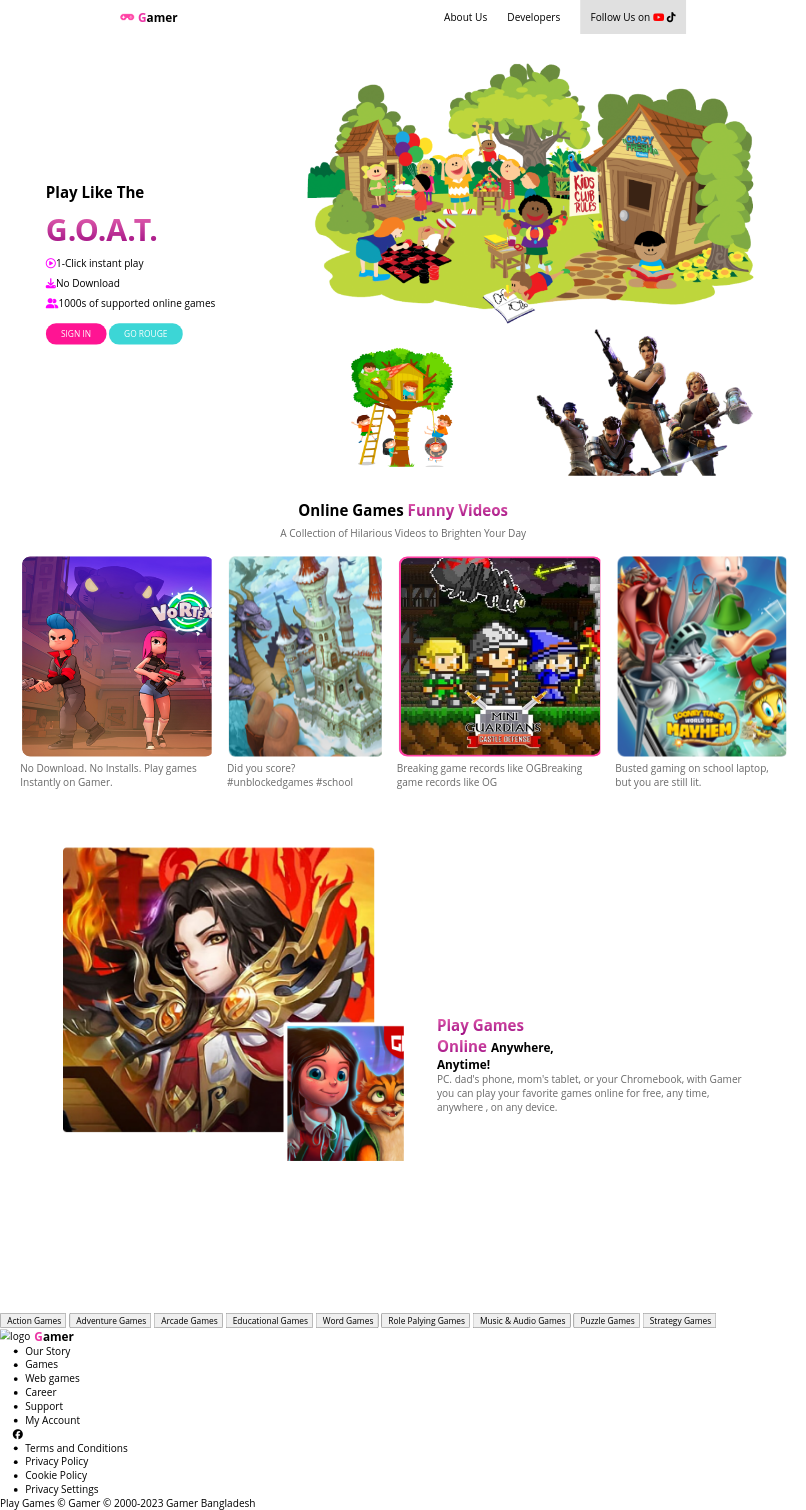
Repository: sadiaafsana138/Gamer-Zone
Page: index.html
The author's editor kept a copy of each file at every save. The page is drawn from the files as they stood at one save, then again after the next save.
The browser window is 1280 px wide. The pictures show the whole page, at 63% of full size.
Some web libraries are served in a nearby version.

Above is the page before, as saved 2023-09-06 19:01:34.

### index.html
<!DOCTYPE html>
<html lang="en">

<head>
    <meta charset="UTF-8">
    <meta name="viewport" content="width=device-width, initial-scale=1.0">
    <title>GAMER ZONE</title>
    <link rel="stylesheet" href="styles.css">
    <script src="https://kit.fontawesome.com/3977f5ac21.js" crossorigin="anonymous"></script>
</head>

<body>
    <header>
        <section Class="Section-1">
            <nav class="nav">
                <div class="menupart1">
                    <img src="images/1.png" alt="logo" height="10px" weight="10px">
                    <h3><span class="pink-Color">G</span>amer</h3>
                </div>
                <div class="menupart2">
                    <ul class="menupart2">
                        <li>About Us</li>
                        <li>Developers</li>
                        <div id="ash">
                            <li>Follow Us on
                                <i class="fa-brands fa-youtube" style="color: #ff0000;"></i>
                                <i class="fa-brands fa-tiktok"></i>
                            </li>
                        </div>
                    </ul>
                </div>
            </nav>
        </section>
    </header>
    <main>
        <section Class="Section-2">
            <Div>
                <h2>
                    Play Like The
                </h2>
                <h1 class="grad">
                    G.O.A.T.
                </h1>
                <Div class="Sec2list">
                    <i class="fa-regular fa-circle-play" style="color: #ff00ff;"></i>
                    <p>
                        1-Click instant play
                    </p>
                </Div>
                <Div class="Sec2list">
                    <i class="fa-sharp fa-solid fa-download" style="color: #ff00ff;"></i>
                    <p>
                        No Download
                    </p>
                </Div>
                <Div class="Sec2list">
                    <i class="fa-solid fa-user-group" style="color: #ff00ff;"></i>
                    <p>
                        1000s of supported online games
                    </p>
                </Div>
                <button class="btn-primary" id="btn-primary1">
                    SIGN IN
                </button>
                <button class="btn-primary" id="btn-primary2">
                    GO ROUGE
                </button>
            </Div>
            <Div id="sec2image">
                <img src="images/2.png" alt="">
            </Div>
        </section>
        <section Class="Section-3">
            <div>
                <h2 class="sec3head">
                    Online Games
                    <span class="grad" id="sec3head">
                        Funny Videos
                    </span>
                </h2>
                <p class="ashtext sec3head">
                    A Collection of Hilarious Videos to Brighten Your Day
                </p>
            </div>
            <div class="sec3image">
                <div class="sec3imagediv">
                    <img class="image" src="images/4.png" alt="">
                    <div class="overlay">
                        <div class="play-button">&#9654;</div>
                        <div class="watch-now-text">Watch Now</div>
                    </div>
                    <p class="ashtext">No Download. No Installs. Play games Instantly on Gamer.</p>
                </div>
                <div class="sec3imagediv">
                    <img class="image" src="images/5.png" alt="">
                    <div class="overlay">
                        <div class="play-button">&#9654;</div>
                        <div class="watch-now-text">Watch Now</div>
                    </div>
                    <p class="ashtext">Did you score? #unblockedgames #school</p>
                </div>
                <div class="sec3imagediv">
                    <img class="image" src="images/6.png" alt="">
                    <div class="overlay">
                        <div class="play-button">&#9654;</div>
                        <div class="watch-now-text">Watch Now</div>
                    </div>
                    <p class="ashtext">Breaking game records like OGBreaking game records like OG</p>
                </div>
                <div class="sec3imagediv">
                    <img class="image" src="images/7.png" alt="">
                    <div class="overlay">
                        <div class="play-button">&#9654;</div>
                        <div class="watch-now-text">Watch Now</div>
                    </div>
                    <p class="ashtext">Busted gaming on school laptop, but you are still lit.</p>
                </div>
            </div>
        </section>
        <section Class="Section-4">
            <Div class="sec4imageddiv">

                    <img src="images/8.png" alt="" id="section4image1">
                    <img src="images/9.png" alt=""  id="section4image2">

            </Div>
            <Div class="sec4Text">
                <h3>
                    <span class="grad" id="sec4head">Play Games
                        <br>
                        Online
                    </span>
                    Anywhere,
                    <br>
                    Anytime!
                </h3>
                <p class="ashtext">
                    PC. dad's phone, mom's tablet, or your Chromebook, with Gamer you can play your favorite games online for free, any time, anywhere , on any device.
                </p>
            </Div>

        </section>
        <section Class="Section-5">
            <div>
                <button>
                    <img src="" alt="">
                    Action Games
                </button>
                <button>
                    <img src="" alt="">
                    Adventure Games
                </button>
                <button>
                    <img src="" alt="">
                    Arcade Games
                </button>
                <button>
                    <img src="" alt="">
                    Educational Games
                </button>
                <button>
                    <img src="" alt="">
                    Word Games
                </button>
                <button>
                    <img src="" alt="">
                    Role Palying Games
                </button>
                <button>
                    <img src="" alt="">
                    Music & Audio Games
                </button>
                <button>
                    <img src="" alt="">
                    Puzzle Games
                </button>
                <button>
                    <img src="" alt="">
                    Strategy Games
                </button>
            </div>
        </section>
    </main>
    <footer>
        <section Class="Section-6">
            <div class="menupart1">
                <img src="" alt="logo">
                <h3><span class="pink-Color">G</span>amer</h3>
            </div>
            <Div>

                <ul>
                    <li>Our Story</li>
                    <li>Games</li>
                    <li>Web games</li>
                    <li>Career</li>
                    <li>Support</li>
                    <li>My Account</li>
                </ul>
            </Div>
            <Div>
                <i class="fa-brands fa-twitter" style="color: #ffffff;"></i>
                <i class="fa-brands fa-facebook"></i>
                <i class="fa-brands fa-youtube" style="color: #ffffff;"></i>
                <i class="fa-brands fa-linkedin-in" style="color: #ffffff;"></i>
                <i class="fa-brands fa-instagram" style="color: #ffffff;"></i>
                <i class="fa-brands fa-apple" style="color: #ffffff;"></i>
            </Div>
            <Div>

                <ul>
                    <li>Terms and Conditions</li>
                    <li>Privacy Policy</li>
                    <li>Cookie Policy</li>
                    <li>Privacy Settings</li>

                </ul>
            </Div>
            <p>Play Games &copy; Gamer &copy; 2000-2023 Gamer Bangladesh</p>

        </section>
    </footer>
</body>

</html>

### styles.css
*{
    font-family: 'Open Sans', sans-serif;
    margin: 0px;
}

.pink-Color{
    color: rgb(235, 55, 166);
}
.ashtext{
    color: dimgray;
}
.grad{
    margin-top:10px;
    font-size: 3rem;
    background: -webkit-linear-gradient(#f071b7, #96027d);
    -webkit-background-clip: text;
    -webkit-text-fill-color: transparent;
}
#ash{
    background-color: rgb(224, 224, 224);
    padding: 1rem;
}
/* Navbar*/
.menupart1,.menupart2,.nav,.Sec2list,.Section-2,.Section-4{
    display: flex;
    place-items: center ;
}
.menupart1,.menupart2{
    place-items: center ;
    margin: auto;
}
.menupart1{
    gap: .4rem;
}
.menupart2{
    list-style-type: none;
    gap: 2rem;
}
/*section - 2*/
.Section-2{
    margin: 20px auto;
    justify-content: space-around;
}
.Sec2list{
    margin-top: 10px;
}
.btn-primary{
    padding: .5rem 1.5rem;
    border-radius: 1rem;
    border: none;
    margin-top: 20px;
    color: #ffffff;
}
#btn-primary1{
    background-color: deeppink;
}
#btn-primary2{
    background-color: rgb(60, 214, 214);
}
/*section - 3*/
.Section-3{
    margin: 2rem;
}
.sec3head{
    text-align: center;
    margin-top: 10px;
}
#sec3head,#sec4head{
    font-size: 1.5rem;
}
.sec3image{
    display: flex;
    justify-content: space-around;
    gap: 1.5rem;
}
.sec3imagediv{
            position: relative;
            display: inline-block;
            overflow: hidden;
}
.sec3imagediv img{

    margin-top: 20px;
    padding-top:2px;
    width: 100%;
    height: 70%;
}
.image{
    border: 3px solid transparent;
    transition: transform 0.2s ease-in-out, filter 0.2s ease-in-out;
    border-radius: .5rem;
}
.sec3imagediv:hover .image{
    filter: brightness(50%);
    border: 3px solid rgb(224, 107, 127);
}
.overlay {
    position: absolute;
    top: 45%;
    left: 50%;
    transform: translate(-50%, -50%);
    text-align: center;
    opacity: 0;
    transition: opacity 0.2s ease-in-out;
}
.sec3imagediv:hover .overlay {
    opacity: 1;
}
.play-button {
    font-size: 22px;
    background-color: rgb(255, 255, 255);
    color: rgb(0, 0, 0);
    border-radius: 50%;
    padding: 20px;
    cursor: pointer;
    height: 28px;
    width: 28px;
    margin-left: 20px;
}
.watch-now-text {
    color: white;
    font-weight: bold;
    text-transform: uppercase;
    margin-top: 10px;
}

/*section 4*/
.Section-4{
    justify-content: space-around;
    margin-bottom: 50px;
}
.sec4Text{
    padding-left:200px;
    padding-right: 100px;
}
.sec4imageddiv{
    position: relative;
    top: 0;
    left: 0;
}
#section4image1{
    padding-left: 100px;
    height: auto;
    width: 100%;
    position: relative;
    top: 0;
    left: 0;
}
#section4image2{
    position: relative;
    top: -180px;
    left: 450px;
    height: 50%;
    width:40%

}
/* Responsive */
/*Tab*/
@media screen and (min-width: 768px) and (max-width: 992px) {
    .nav,.menupart2{
        flex-direction: column;
    }
    .Section-2,.Section-4{
        flex-direction: column-reverse;
    }
    #sec2image img{
        max-width: 100%;
        height: auto;
    }
    .sec3imagediv img{
        margin-top: 20px;
        padding-top:2px;
        gap: 1rem;
    }

}
/*MOBILE*/
@media screen and (max-width: 768px) {
    .nav,.menupart2{
        flex-direction: column;
    }
    .Section-2,.Section-4{
        flex-direction: column-reverse;
    }
    #sec2image img{
        max-width: 100%;
        height: auto;
    }
    .sec3image{
        flex-direction: column;
    }
    .sec3imagediv img{
        padding-top:2px;
        gap: .5rem;
        height: 95%;
    }
}

After the next save:
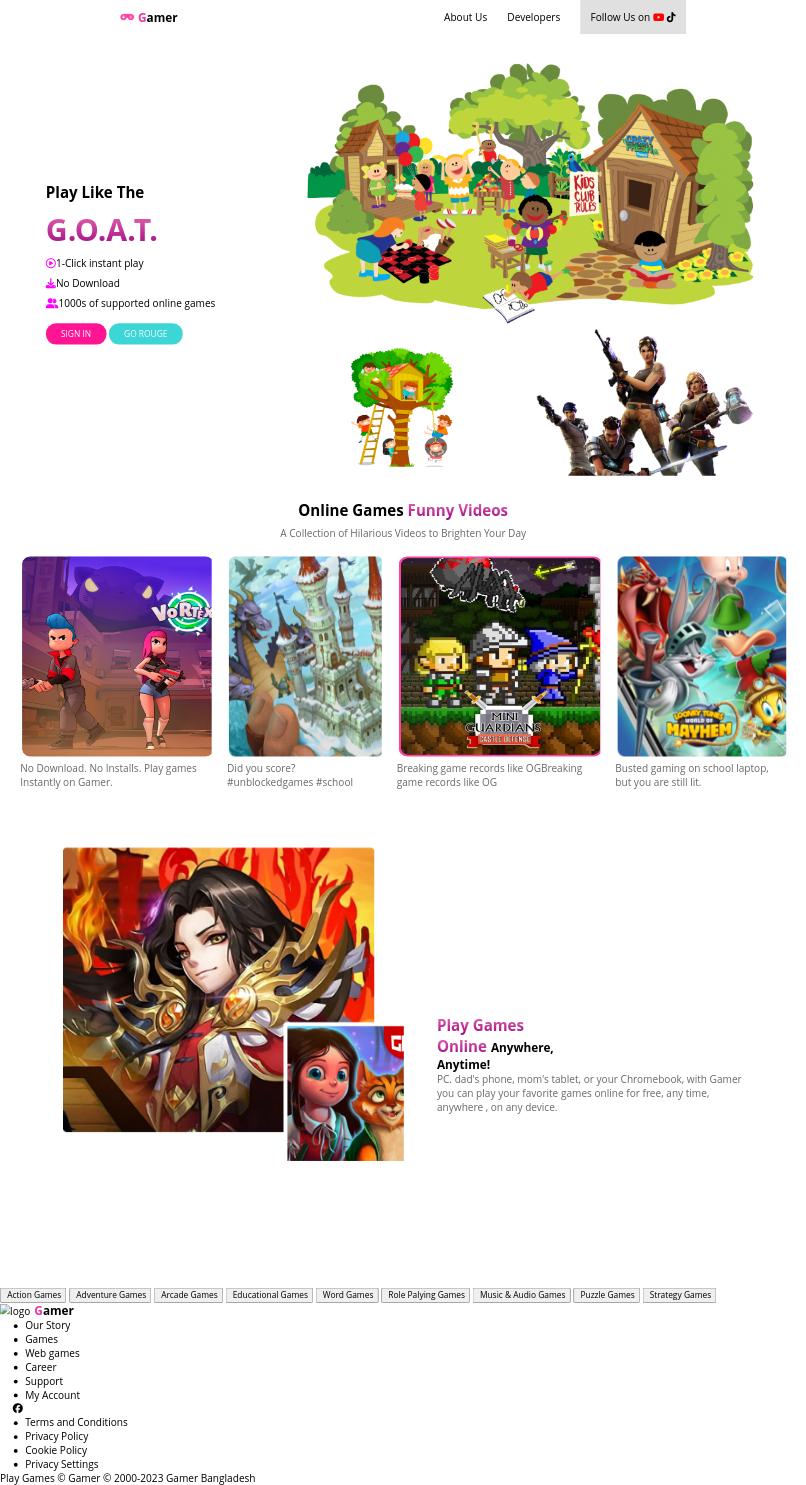
Saved 15 s later.
--- a/styles.css
+++ b/styles.css
@@ -127,7 +127,7 @@
 /*section 4*/
 .Section-4{
     justify-content: space-around;
-    margin-bottom: 50px;
+    margin-bottom: 10px;
 }
 .sec4Text{
     padding-left:200px;
